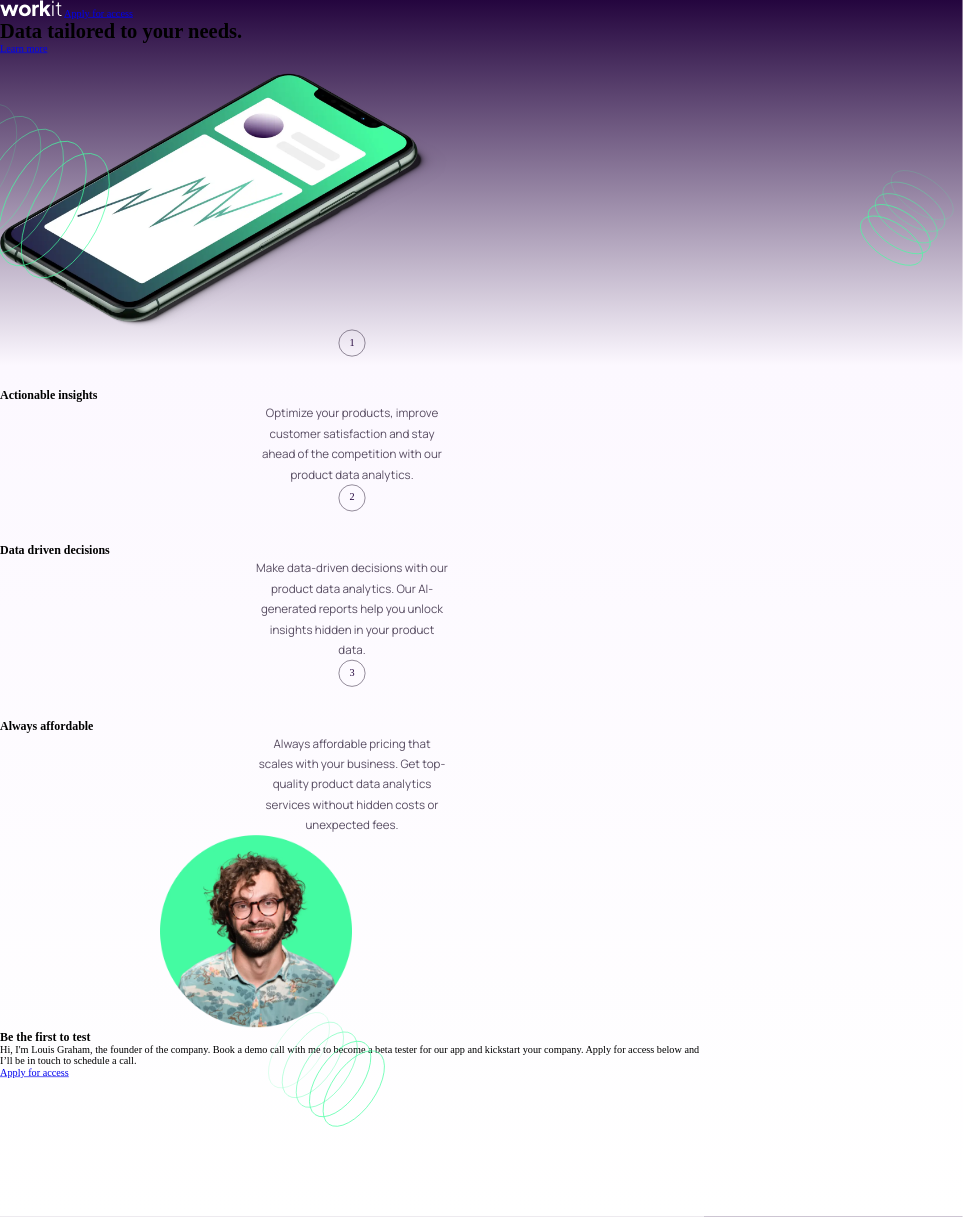
Repository: Arkitecth/landing_page
Page: starter-code/index.html
An editor plug-in stored every save of this project. The page is shown before and after the next save, followed by the edit.
The browser window is 1280 px wide. The page is 1504 px wide, so the pictures cover 1504 px, including what lies to the right of the window. The pictures show the whole page, at 64% of full size.

Above is the page before, as saved 2023-05-25 16:27:33.

After the next save:
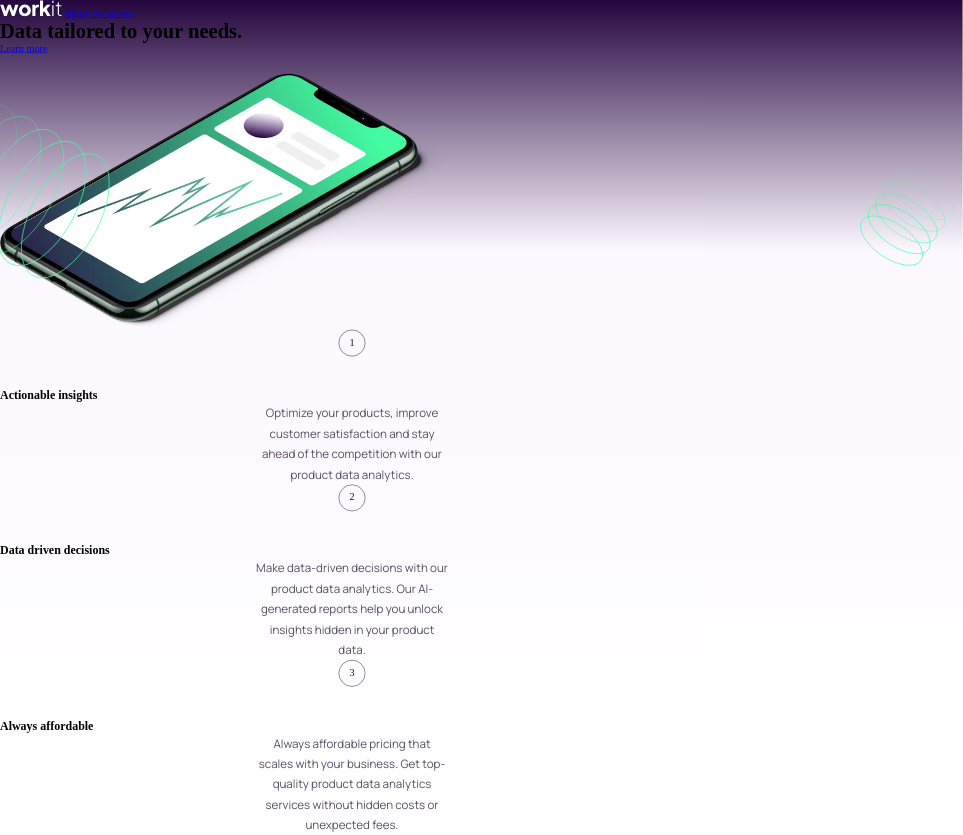
Saved 43 s later.
--- a/starter-code/index.html
+++ b/starter-code/index.html
@@ -49,7 +49,7 @@
     </div>
   </section>
 
-
+<!--
   <section id="about">
     <div class="container">
         <object class="image-founder" data="assets/images/image-founder.webp" width="300" height="300"></object>
@@ -62,7 +62,6 @@
         <a class="btn-primary" href="#"> Apply for access </a>
     </div>
     <object class="bg-pattern-3" data="assets/images/bg-pattern-3.svg"></object>
-
-  </section>
+  </section> -->
 </body>
 </html>

After the save that followed:
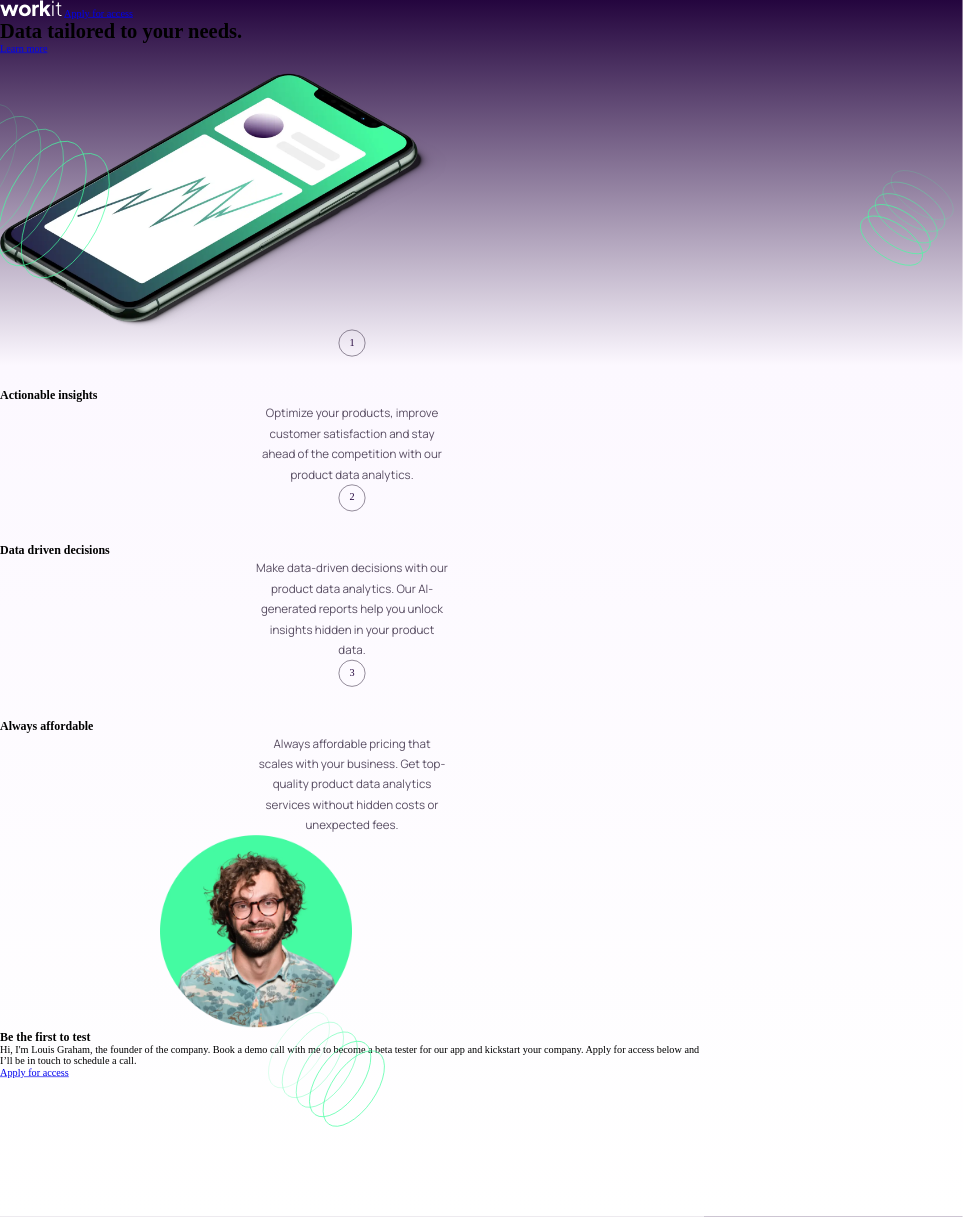
Saved 5 s later.
--- a/starter-code/index.html
+++ b/starter-code/index.html
@@ -49,7 +49,7 @@
     </div>
   </section>
 
-<!--
+
   <section id="about">
     <div class="container">
         <object class="image-founder" data="assets/images/image-founder.webp" width="300" height="300"></object>
@@ -62,6 +62,6 @@
         <a class="btn-primary" href="#"> Apply for access </a>
     </div>
     <object class="bg-pattern-3" data="assets/images/bg-pattern-3.svg"></object>
-  </section> -->
+  </section>
 </body>
 </html>
